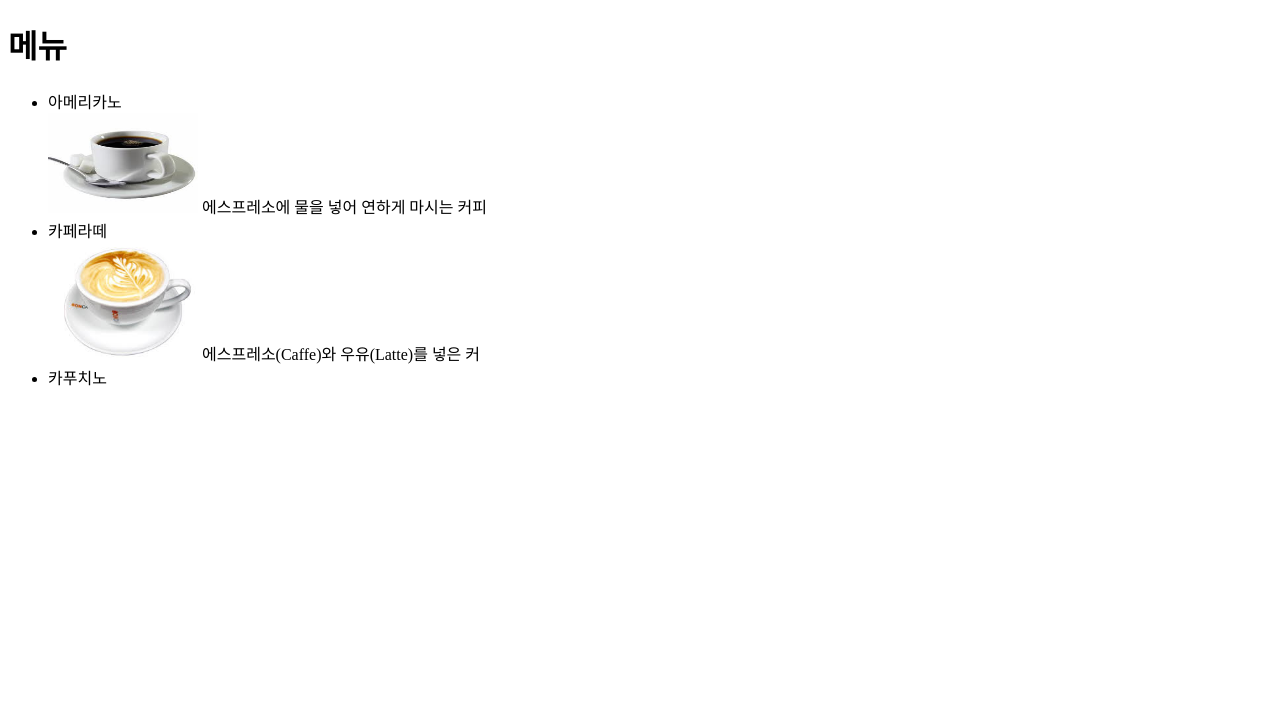
Repository: younseochoi/AI_PLATFORM
Page: my_code/03_web/html/src/main/webapp/menu.html
An editor plug-in stored every save of this project. The page is shown before and after the next save, followed by the edit.
The browser window is 1280 px wide. The pictures show the whole page.

Above is the page before, as saved 2022-07-21 08:34:31.

### my_code/03_web/html/src/main/webapp/menu.html
<!DOCTYPE html>
<html>
<head>
<meta charset="UTF-8">
<title>Insert title here</title>
</head>
<body>
<h1>메뉴</h1>
<ul>
	<li>아메리카노</li>
		<img src="images/americano.jpg" width="150" height="100">
		에스프레소에 물을 넣어 연하게 마시는 커피

	<li>카페라떼</li>
		<img src="images/cafelatte.jpg" width="150" heigth="150">
		에스프레소(Caffe)와 우유(Latte)를 넣은 커
	<li>카푸치노</li>
</ul>
</body>
</html>

After the next save:
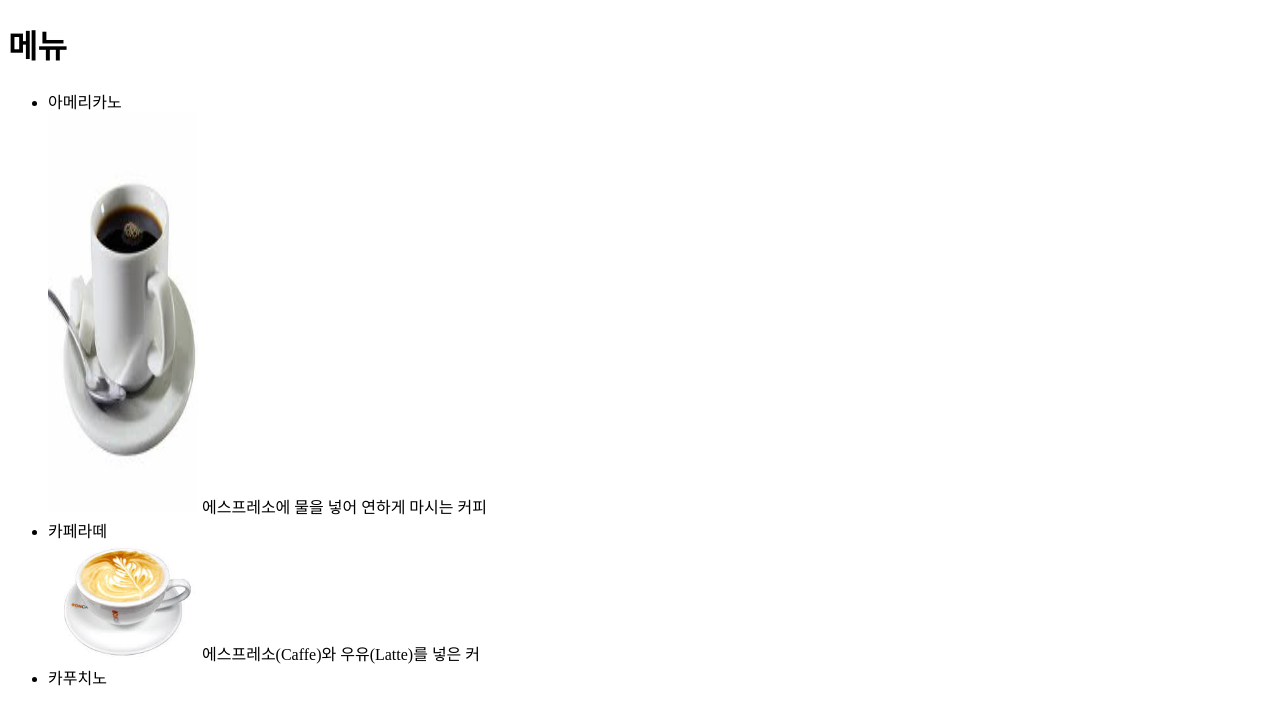
Saved 9 s later.
--- a/my_code/03_web/html/src/main/webapp/menu.html
+++ b/my_code/03_web/html/src/main/webapp/menu.html
@@ -8,7 +8,7 @@
 <h1>메뉴</h1>
 <ul>
 	<li>아메리카노</li>
-		<img src="images/americano.jpg" width="150" height="100">
+		<img src="images/americano.jpg" width="150" height="400">
 		에스프레소에 물을 넣어 연하게 마시는 커피
 
 	<li>카페라떼</li>
